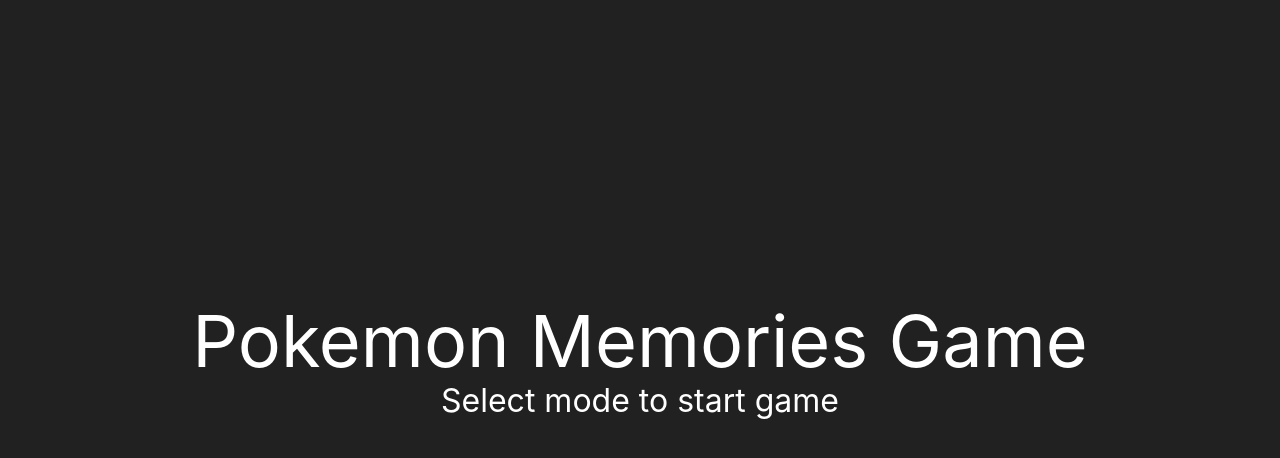
Repository: Kafierence/flip_card
Page: /
These files come from the project's save history. The page is drawn as it stood at one moment and after the next save; the edit follows.
The browser window is 1280 px wide. The pictures show the whole page.
The project was rebuilt for these pictures with package versions that can differ from the ones it lists, and the page was loaded fresh each time. Also part of the build but not shown: vite.config.js.

Above is the page before, as saved 2022-09-20 14:13:43.

### index.html
<!DOCTYPE html>
<html lang="en">
  <head>
    <meta charset="UTF-8" />
    <link rel="icon" href="/favicon.ico" />
    <meta name="viewport" content="width=device-width, initial-scale=1.0" />
    <title>Memories Game</title>
    <!--Normalize CDN -->
    <link rel="stylesheet" href="https://cdnjs.cloudflare.com/ajax/libs/normalize/8.0.1/normalize.min.css" integrity="sha512-NhSC1YmyruXifcj/KFRWoC561YpHpc5Jtzgvbuzx5VozKpWvQ+4nXhPdFgmx8xqexRcpAglTj9sIBWINXa8x5w==" crossorigin="anonymous" referrerpolicy="no-referrer" />
  </head>
  <body>
    <div id="app"></div>
    <script type="module" src="/src/main.js"></script>
  </body>
</html>

### src/main.js
import { createApp } from "vue";
import App from "./App.vue";

import "./assets/style/global.css";

const app = createApp(App);

app.mount("#app");

### src/App.vue
<script>
  import WelcomeVue from './views/Welcome.vue';
  export default{
    components:{
      WelcomeVue,
    }
    ,methods:{

    }
  }
</script>
<template>
  <welcome-vue />
</template>

### src/assets/style/global.css
body{
    font-family: Inter, -apple-system, BlinkMacSystemFont, 'Segoe UI', Roboto, Oxygen, Ubuntu,
    Cantarell, 'Fira Sans', 'Droid Sans', 'Helvetica Neue', sans-serif;

}
#app{
    background-color: #212121;
    height: 100vh;
    display: flex;
    justify-content: center;
    align-items: center;
    font-size: 15px;
}

### src/views/Welcome.vue
<script>
export default{

}
</script>
<template>
    <div class="container">
        <div class="title_start">
            Pokemon Memories Game
        </div>
        <div class="title_select">
            Select mode to start game
        </div>
        <div class="mode_select">

        </div>
    </div>
</template>
<style scoped>
    .container{
       color: white;
       text-align: center;

    }
    .container .title_start{
        font-size: 4.5rem;
    }
    .container .title_select{
        font-size: 2rem;
    }
    .container .mode_select{

    }
</style>

After the next save:
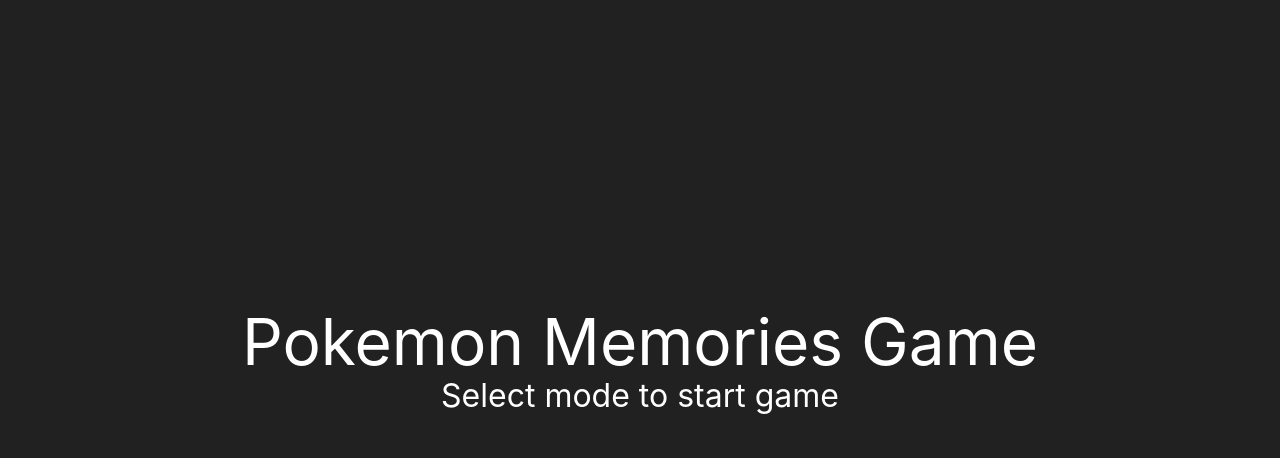
Saved 11 s later.
--- a/src/views/Welcome.vue
+++ b/src/views/Welcome.vue
@@ -23,7 +23,7 @@
 
     }
     .container .title_start{
-        font-size: 4.5rem;
+        font-size: 4rem;
     }
     .container .title_select{
         font-size: 2rem;
